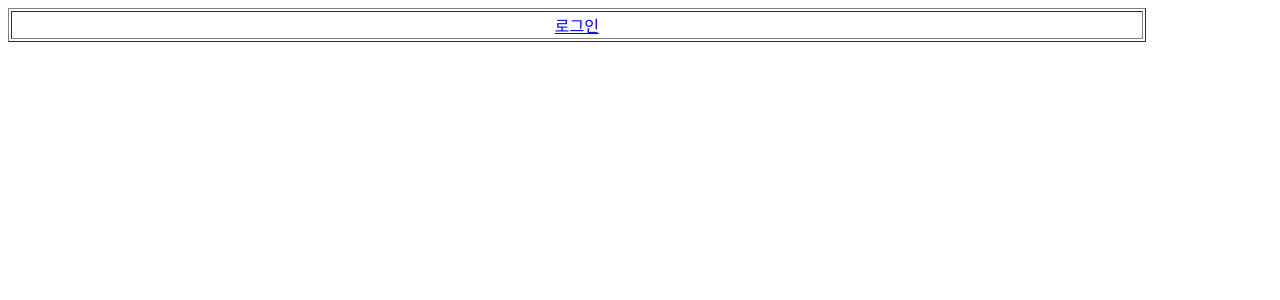
Repository: ks12b0000/JSP-School-Class
Page: http://localhost/chap11_BoardMedel1/common/link.jsp
These files come from the project's save history. The page is drawn as it stood at one moment and after the next save; the edit follows.
The browser window is 1280 px wide. The pictures show the whole page.
The page is served by Tomcat 9. Other server files are loaded and not shown.

Above is the page before, as saved 2022-06-07 03:33:28.

### chap11_BoardMedel1/src/main/webapp/common/link.jsp
<%@ page language="java" contentType="text/html; charset=UTF-8"
    pageEncoding="UTF-8"%>
<!DOCTYPE html>
<html>
<head>
	<meta charset="UTF-8">
	<meta name="viewport" content="width=device-width, initial-scale=1.0">
	<title>Insert title here</title>
</head>
<body>
	<table border="1" width="90%">
		<tr>
			<td align="center">
				<%-- 로그인 여부에 따른 메뉴 변화 --%>
			<%
				if(session.getAttribute("UserId") == null) {
			%>
					<a href="../session/loginForm.jsp">로그인</a>
			<%
				}
				else {
			%>
					<a href="../session/logout.jsp">로그아웃</a>
			<%
				}
			%>
			</td>
		</tr>

	</table>
</body>
</html>

After the next save:
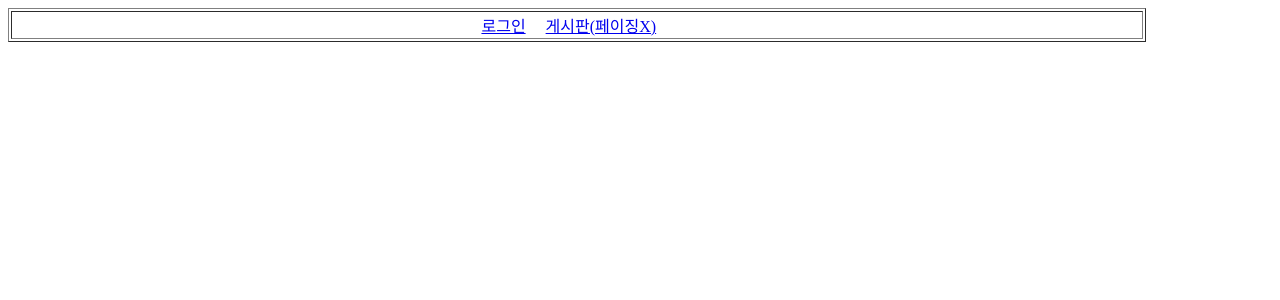
Saved 2 min 36 s later.
--- a/chap11_BoardMedel1/src/main/webapp/common/link.jsp
+++ b/chap11_BoardMedel1/src/main/webapp/common/link.jsp
@@ -12,18 +12,21 @@
 		<tr>
 			<td align="center">
 				<%-- 로그인 여부에 따른 메뉴 변화 --%>
-			<%
-				if(session.getAttribute("UserId") == null) {
-			%>
-					<a href="../session/loginForm.jsp">로그인</a>
-			<%
-				}
-				else {
-			%>
-					<a href="../session/logout.jsp">로그아웃</a>
-			<%
-				}
-			%>
+				<%
+					if(session.getAttribute("UserId") == null) {
+				%>
+						<a href="../session/loginForm.jsp">로그인</a>
+				<%
+					}
+					else {
+				%>
+						<a href="../session/logout.jsp">로그아웃</a>
+				<%
+					}
+				%>
+				&nbsp;&nbsp;&nbsp;
+				<a href="../board/list.jsp">게시판(페이징X)</a>
+				&nbsp;&nbsp;&nbsp;
 			</td>
 		</tr>
 
